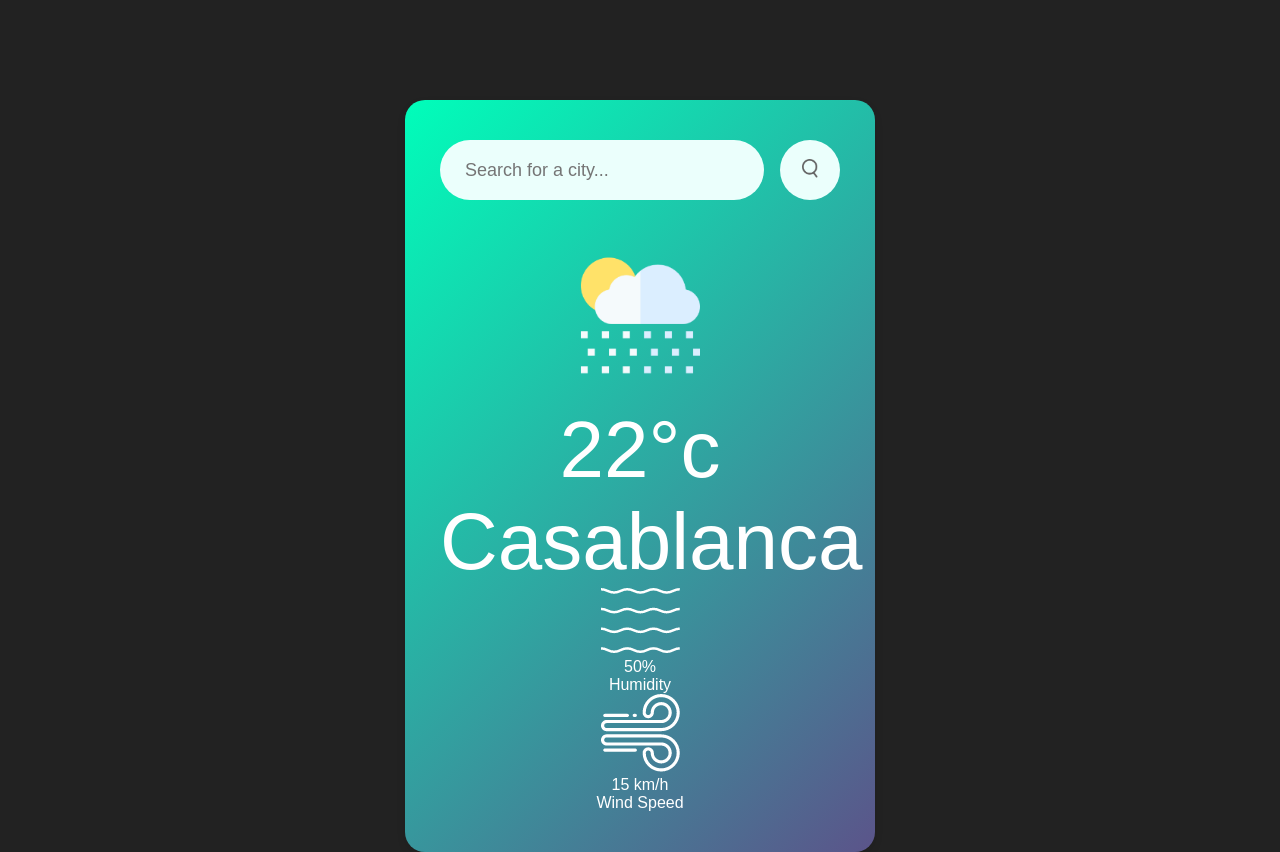
Repository: Abdelilah-Lakrim/Weather-App
Page: index.html
The author's editor kept a copy of each file at every save. The page is drawn from the files as they stood at one save, then again after a run of saves.
The browser window is 1280 px wide. The pictures show the whole page.

Above is the page before, as saved 2025-06-17 11:16:34.

After the next 6 saves:
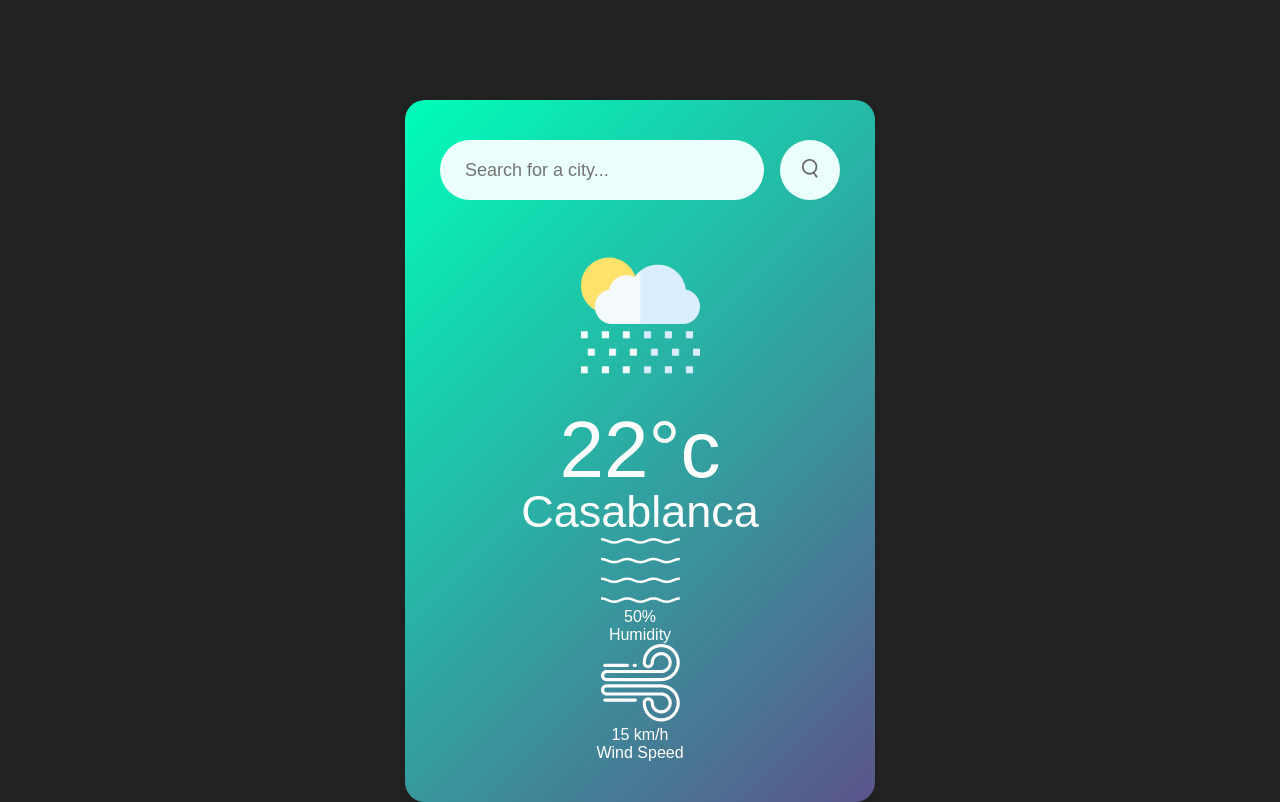
The 6 saves are shown as one change because they came seconds apart.
The last was saved 28 s later.
--- a/style.css
+++ b/style.css
@@ -65,6 +65,7 @@ body{
     font-weight: 500;
 }
 .weather h2{
-    font-size: 80px;
-    font-weight: 500;
+    font-size: 45px;
+    font-weight: 400;
+    margin-top: -10px;
 }
